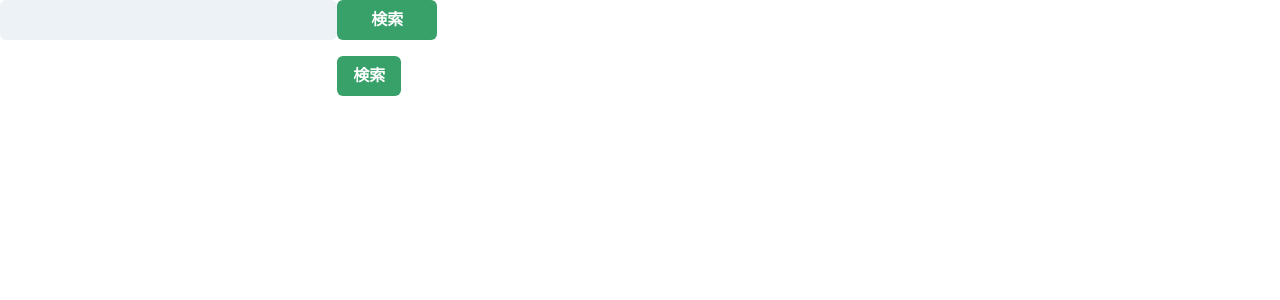
Repository: kanshu-1118/gpt-schoollife
Page: /
An editor plug-in stored every save of this project. The page is shown before and after the next save, followed by the edit.
The browser window is 1280 px wide. The pictures show the whole page.
The page's requests for data from a server got no answer. The project was rebuilt for these pictures with package versions that can differ from the ones it lists, and the page was loaded fresh each time. The framework's server and built-in components were replaced by stand-ins that run in the browser. No one was signed in, and anything a server would have sent is missing. Also part of the build but not shown: next.config.js.

Above is the page before, as saved 2023-05-22 14:23:50.

### src/pages/_app.tsx
import type { AppProps } from 'next/app'
import { ChakraProvider } from '@chakra-ui/react'

export default function App({ Component, pageProps }: AppProps) {
  return (
    <ChakraProvider>
      <Component {...pageProps} />
    </ChakraProvider>
  )
}

### src/pages/index.tsx
import { Box,Center,Flex,Input,Button,Wrap, WrapItem } from '@chakra-ui/react';
import { Inter } from 'next/font/google'
import { useEffect, useState } from 'react';


const inter = Inter({ subsets: ['latin'] })


export default function Home() {
  const [posts, setPosts] = useState([]);
  const [keyword,setKeyword] = useState("鍋")
  const [text, setText] = useState("")

  useEffect(()=>{
    const params ={
      keyword : keyword,
    }
    const query = new URLSearchParams(params)
    const fetchPosts = async()=>{
      const responce = await fetch(`/api/hello?${query}`)
      const data = await responce.json()
      setPosts(data.users.results.shop)

    }
    fetchPosts()
  },[keyword])
  const format = () =>{
    setKeyword(text)
  }
  {
      return (
        <>
          <Flex w='max' h={40} justify='center'>
            <Input type="text" variant='filled' onChange={(e)=>{setText(e.target.value)}}/>
            <Wrap spacing={4}>
              <WrapItem>
                <Button variant='solid' w={"100px"} h="40px"  colorScheme='green'>検索</Button>
              </WrapItem>
              <WrapItem>
                <Button variant='solid' colorScheme='green'>検索</Button>
              </WrapItem>
            </Wrap>
          </Flex>
        </>
      )
  }
}

Loaded but not shown: src/pages/_document.tsx (common file)

After the next save:
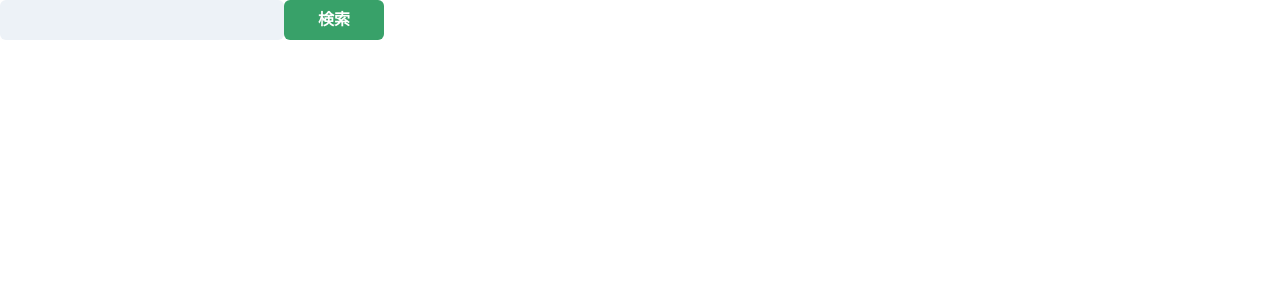
Saved 26 s later.
--- a/src/pages/index.tsx
+++ b/src/pages/index.tsx
@@ -36,9 +36,6 @@ export default function Home() {
               <WrapItem>
                 <Button variant='solid' w={"100px"} h="40px"  colorScheme='green'>検索</Button>
               </WrapItem>
-              <WrapItem>
-                <Button variant='solid' colorScheme='green'>検索</Button>
-              </WrapItem>
             </Wrap>
           </Flex>
         </>
